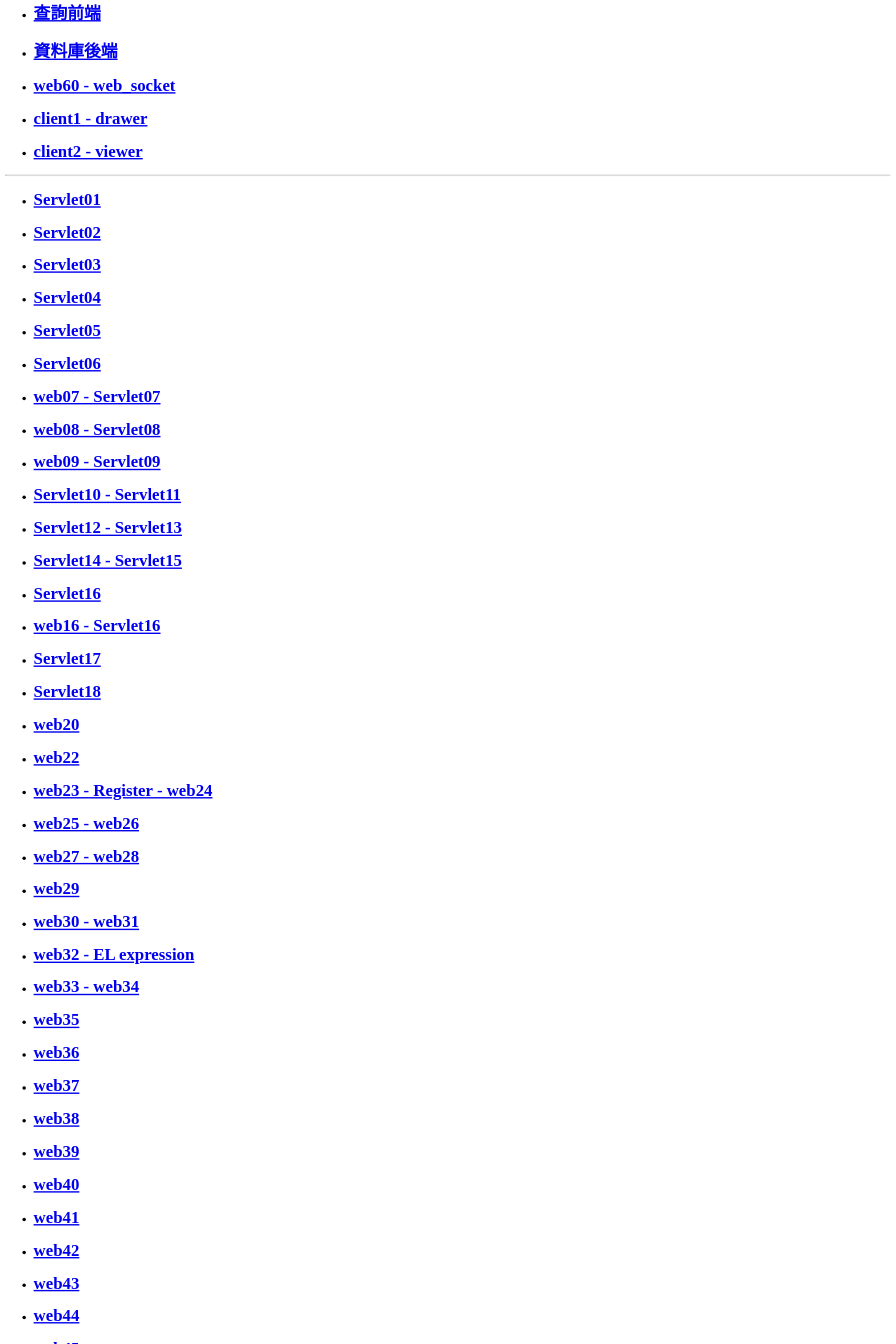
Repository: fgh64hfhk/webworkspace
Page: eeit82_web/src/main/webapp/index.html
These files come from the project's save history. The page is drawn as it stood at one moment and after the next save; the edit follows.
The browser window is 1280 px wide. The pictures show the part of the page from y = 384 to 2304 px (the page is 2713 px tall before and 2760 px after), at 70% of full size.

Above is the page before, as saved 2024-05-13 08:12:41.

### eeit82_web/src/main/webapp/index.html
<!DOCTYPE html>
<html>
<head>
<meta charset="UTF-8">
<title>Eeeit82_web index page</title>
</head>
<body>
	<h1>Eeeit82_web index page</h1>
	<hr>
	<h2>Eeeit82_web Router</h2>
	<ul>
		<li>
			<h2>
				<a href="login.jsp">Login Page</a>
			</h2>
		</li>
		<li>
			<h2>
				<a href="jquery_test.jsp">jquery_test</a>
			</h2>
		</li>
		<li>
			<h2>
				<a href="ajax.html">Ajax test</a>
			</h2>
		</li>
		<li>
			<h2>
				<a href="web53.html">Ajax test : web53 - web54</a>
			</h2>
		</li>
		<li>
			<h2>
				<a href="web55.html">Ajax test : web55 - web56</a>
			</h2>
		</li>
		<li>
			<h2>
				<a href="web57.html">查詢前端</a>
			</h2>
		</li>
		<li>
			<h2>
				<a href="web58.jsp">資料庫後端</a>
			</h2>
		</li>
		<li>
			<h2>
				<a href="web60.html">web60 - web_socket</a>
			</h2>
		</li>
		<li>
			<h2>
				<a href="client1.html">client1 - drawer</a>
			</h2>
		</li>
		<li>
			<h2>
				<a href="client2.html">client2 - viewer</a>
			</h2>
		</li>
	</ul>
	<hr>
	<ul>
		<li>
			<h2>
				<a href="Servlet01">Servlet01</a>
			</h2>
		</li>
		<li>
			<h2>
				<a href="Servlet02">Servlet02</a>
			</h2>
		</li>
		<li>
			<h2>
				<a href="Servlet03">Servlet03</a>
			</h2>
		</li>
		<li>
			<h2>
				<a href="Servlet04">Servlet04</a>
			</h2>
		</li>
		<li>
			<h2>
				<a href="Servlet05">Servlet05</a>
			</h2>
		</li>
		<li>
			<h2>
				<a href="Servlet06">Servlet06</a>
			</h2>
		</li>
		<li>
			<h2>
				<a href="web07.html">web07 - Servlet07</a>
			</h2>
		</li>
		<li>
			<h2>
				<a href="web08.html">web08 - Servlet08</a>
			</h2>
		</li>
		<li>
			<h2>
				<a href="web09.html">web09 - Servlet09</a>
			</h2>
		</li>
		<li>
			<h2>
				<a href="Servlet10">Servlet10 - Servlet11</a>
			</h2>
		</li>
		<li>
			<h2>
				<a href="Servlet12">Servlet12 - Servlet13</a>
			</h2>
		</li>
		<li>
			<h2>
				<a href="Servlet14">Servlet14 - Servlet15</a>
			</h2>
		</li>
		<li>
			<h2>
				<a href="Servlet16">Servlet16</a>
			</h2>
		</li>
		<li>
			<h2>
				<a href="web16.html">web16 - Servlet16</a>
			</h2>
		</li>
		<li>
			<h2>
				<a href="Servlet17">Servlet17</a>
			</h2>
		</li>
		<li>
			<h2>
				<a href="Servlet18">Servlet18</a>
			</h2>
		</li>
		<li>
			<h2>
				<a href="web20.jsp">web20</a>
			</h2>
		</li>
		<li>
			<h2>
				<a href="web22.jsp">web22</a>
			</h2>
		</li>
		<li>
			<h2>
				<a href="web23.jsp">web23 - Register - web24</a>
			</h2>
		</li>
		<li>
			<h2>
				<a href="web25.jsp">web25 - web26</a>
			</h2>
		</li>
		<li>
			<h2>
				<a href="web27.jsp">web27 - web28</a>
			</h2>
		</li>
		<li>
			<h2>
				<a href="web29.jsp">web29</a>
			</h2>
		</li>
		<li>
			<h2>
				<a href="web30.jsp">web30 - web31</a>
			</h2>
		</li>
		<li>
			<h2>
				<a href="web32.jsp">web32 - EL expression</a>
			</h2>
		</li>
		<li>
			<h2>
				<a href="web33.jsp">web33 - web34</a>
			</h2>
		</li>
		<li>
			<h2>
				<a href="web35.jsp">web35</a>
			</h2>
		</li>
		<li>
			<h2>
				<a href="web36.jsp">web36</a>
			</h2>
		</li>
		<li>
			<h2>
				<a href="web37.jsp">web37</a>
			</h2>
		</li>
		<li>
			<h2>
				<a href="web38.jsp">web38</a>
			</h2>
		</li>
		<li>
			<h2>
				<a href="web39.jsp">web39</a>
			</h2>
		</li>
		<li>
			<h2>
				<a href="web40.jsp">web40</a>
			</h2>
		</li>
		<li>
			<h2>
				<a href="web41.jsp">web41</a>
			</h2>
		</li>
		<li>
			<h2>
				<a href="web42.jsp">web42</a>
			</h2>
		</li>
		<li>
			<h2>
				<a href="web43.jsp">web43</a>
			</h2>
		</li>
		<li>
			<h2>
				<a href="web44.jsp">web44</a>
			</h2>
		</li>
		<li>
			<h2>
				<a href="web45.jsp">web45</a>
			</h2>
		</li>
		<li>
			<h2>
				<a href="web46.jsp">web46 - 美食小吃列表(分頁模式)</a>
			</h2>
		</li>
		<li>
			<h2>
				<a href="web46-1.jsp">web46-1 - 美食小吃列表(分頁模式)</a>
			</h2>
		</li>
		<li>
			<h2>
				<a href="web47.jsp">web47 - page, rpp test</a>
			</h2>
		</li>
		<li>
			<h2>
				<a href="web48.jsp">web48</a>
			</h2>
		</li>
		<li>
			<h2>
				<a href="web49.jsp">web49 - 旅遊景點資料</a>
			</h2>
		</li>
		<li>
			<h2>
				<a href="web50.jsp">web50 - Jstl c:set 測試</a>
			</h2>
		</li>
		<li>
			<h2>
				<a href="web51.jsp">web51 - web51-1 session 測試</a>
			</h2>
		</li>
	</ul>
</body>
</html>

After the next save:
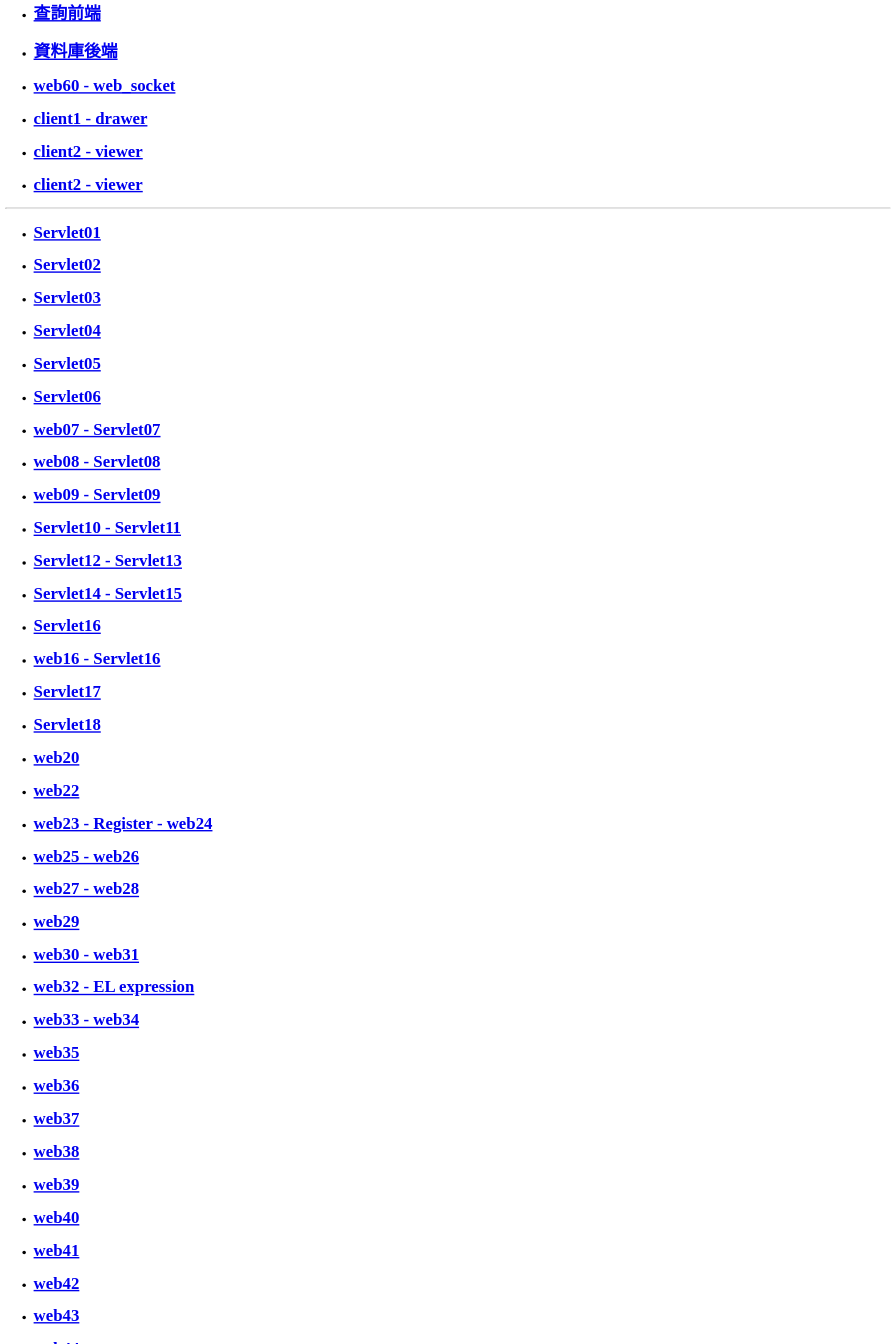
Saved 33 s later.
--- a/eeit82_web/src/main/webapp/index.html
+++ b/eeit82_web/src/main/webapp/index.html
@@ -59,6 +59,11 @@
 				<a href="client2.html">client2 - viewer</a>
 			</h2>
 		</li>
+		<li>
+			<h2>
+				<a href="web61.html">client2 - viewer</a>
+			</h2>
+		</li>
 	</ul>
 	<hr>
 	<ul>
